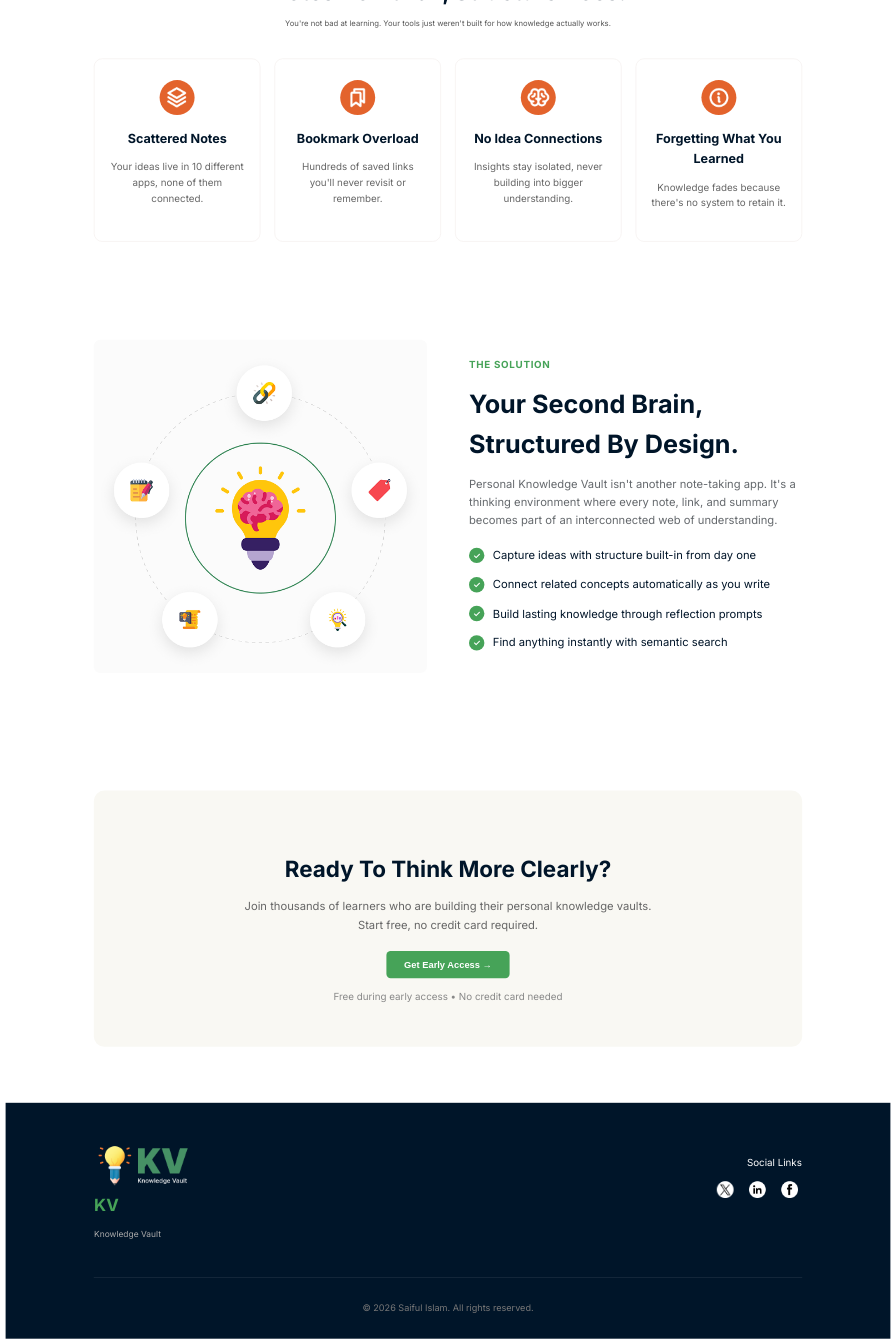
Repository: Saiful21Islam/my-fast-devel
Page: index.html
An editor plug-in stored every save of this project. The page is shown before and after a run of saves, followed by the edit.
The browser window is 1280 px wide. The pictures show the part of the page from y = 739 to 2659 px (the page is 2659 px tall before and 2591 px after), at 70% of full size.

Above is the page before, as saved 2026-01-31 14:39:08.

After the next 2 saves:
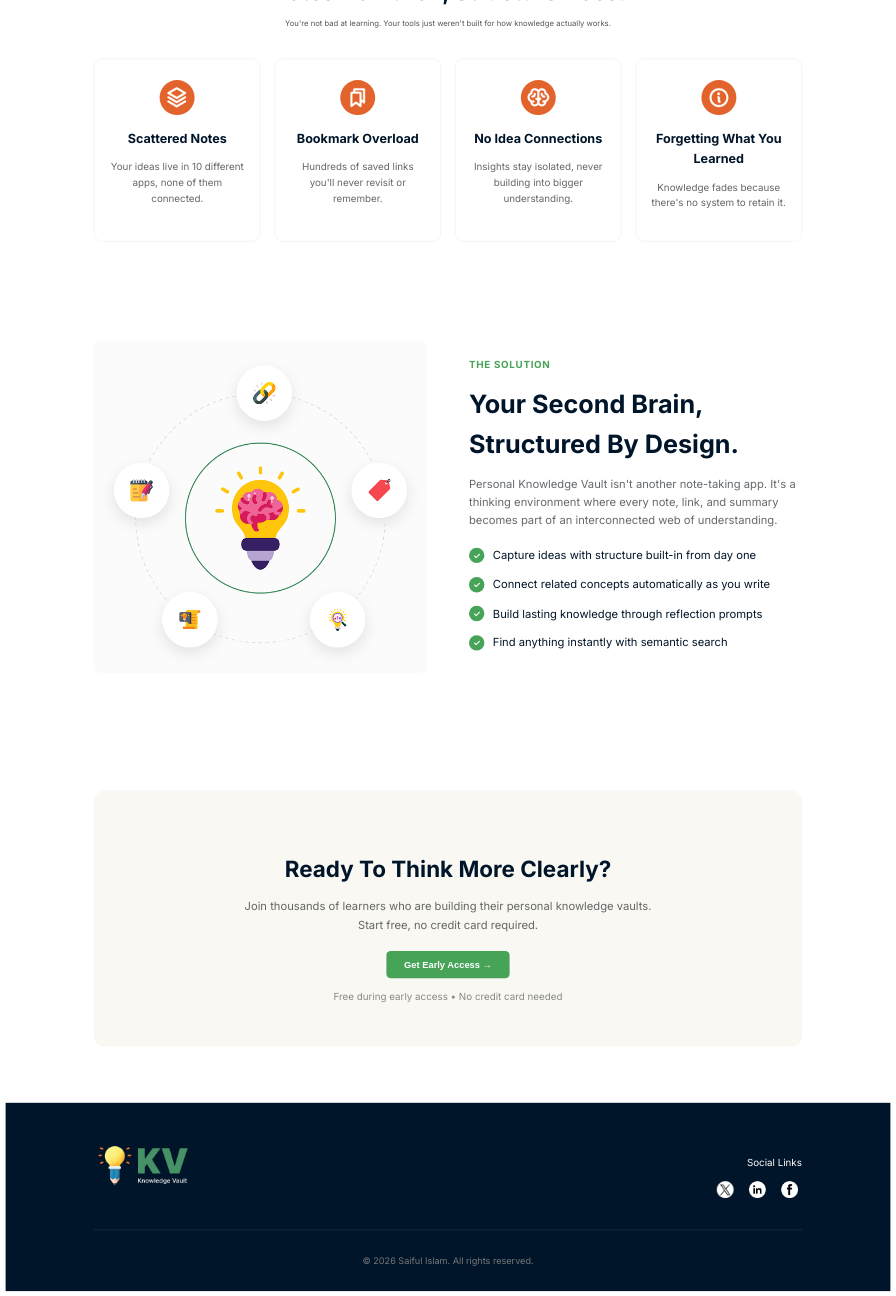
The 2 saves are shown as one change because they came seconds apart.
The last was saved 14 s later.
--- a/index.html
+++ b/index.html
@@ -101,8 +101,6 @@
     <div class="footer-top">
         <div class="footer-logo">
             <span> <div><img src="assets/logo-footer.png" alt=""></div> </span>
-            <span class="logo-text">KV</span>
-            <p>Knowledge Vault</p>
         </div>
 
         <div class="social-links">
